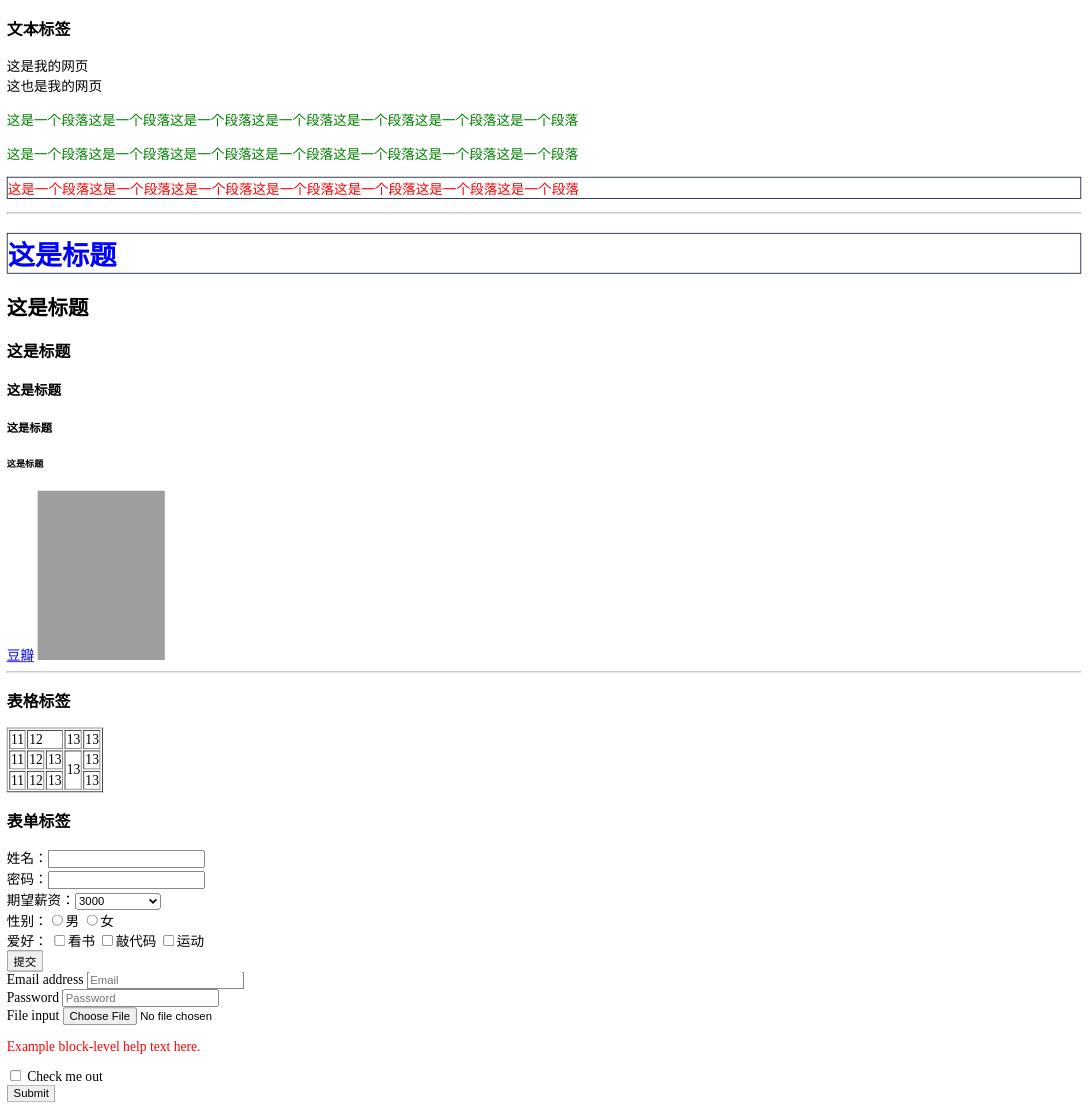
Repository: Jiege005/mytest-software-project
Page: mytest/WebContent/NewFile.html
An editor plug-in stored every save of this project. The page is shown before and after the next save, followed by the edit.
The browser window is 1280 px wide. The pictures show the whole page, at 85% of full size.
Pictures or frames that could not be fetched are drawn as grey boxes.

Above is the page before, as saved 2025-06-17 08:02:10.

### mytest/WebContent/NewFile.html
<!DOCTYPE html>
<html lang="en">
	<head>
		<meta charset="UTF-8">
		<title>我的网页</title>
	    <!-- 标签选择器 -->
		<style type="text/css">
			#p1{
				color: green;
			}
			p{
				color: red;
			}
			.c{
				color: blue;
				border: 1px solid #123;
			}
		</style>


		 <!-- 引入外部css文件 -->
		 <link rel="stylesheet" type="text/css" href="css/index.css">
	</head>
	<body>
		<!-- 文本标签 -->
		<h3>文本标签</h3>
		这是我的网页<br>这也是我的网页 <br>
		<p id="p1">这是一个段落这是一个段落这是一个段落这是一个段落这是一个段落这是一个段落这是一个段落</p>
		<p id="p1">这是一个段落这是一个段落这是一个段落这是一个段落这是一个段落这是一个段落这是一个段落</p>
		<p class="c" style="color: red;">这是一个段落这是一个段落这是一个段落这是一个段落这是一个段落这是一个段落这是一个段落</p>
		<hr>
		<h1 class="c">这是标题</h1>
		<h2>这是标题</h2>
		<h3>这是标题</h3>
		<h4>这是标题</h4>
		<h5>这是标题</h5>
		<h6>这是标题</h6>
		<a href="https://www.douban.com/" target="_blank">豆瓣</a>
		<a href="https://movie.douban.com/subject/36247731/?from=showing" target="_blank">
			<img alt="电影" title="驯龙高手" src="images/img1.png" width="150" height="200">
		</a>

		<hr>
		<h3>表格标签</h3>
		<table border="1">
			<tr>
				<td>11</td>
				<td colspan="2">12</td>
				<td>13</td>
				<td>13</td>
			</tr>
			<tr>
				<td>11</td>
				<td>12</td>
				<td>13</td>
				<td rowspan="2">13</td>
				<td>13</td>
			</tr>
			<tr>
				<td>11</td>
				<td>12</td>
				<td>13</td>
				<td>13</td>
			</tr>
		</table>



		<h3>表单标签</h3>
		<form action="other.html">
			姓名：<input type="text" name="name"><br>
			密码：<input type="password" name="password"><br>
			期望薪资：<select>
						<option>3000</option>
						<option>3000-6000</option>
						<option>6000-10000</option>
						<option>10000-20000</option>
						<option>越多越好</option>
			         </select><br>
                        性别：<input type="radio" name="sex" id="boy"><label for="boy">男</label>
                 <input type="radio" name="sex" id="girl"><label for="girl">女</label><br>
			爱好： <input type="checkbox" name="hobby">看书
			      <input type="checkbox" name="hobby">敲代码
			      <input type="checkbox" name="hobby">运动<br>
			<input type="submit" value="提交">
		</form>
		<form>
  <div class="form-group">
    <label for="exampleInputEmail1">Email address</label>
    <input type="email" class="form-control" id="exampleInputEmail1" placeholder="Email">
  </div>
  <div class="form-group">
    <label for="exampleInputPassword1">Password</label>
    <input type="password" class="form-control" id="exampleInputPassword1" placeholder="Password">
  </div>
  <div class="form-group">
    <label for="exampleInputFile">File input</label>
    <input type="file" id="exampleInputFile">
    <p class="help-block">Example block-level help text here.</p>
  </div>
  <div class="checkbox">
    <label>
      <input type="checkbox"> Check me out
    </label>
  </div>
  <button type="submit" class="btn btn-default">Submit</button>
</form>
	</body>
</html>

### mytest/WebContent/css/index.css
#p1{
	color: green;
}
p{
	color: red;
}
.c{
	color: blue;
}

After the next save:
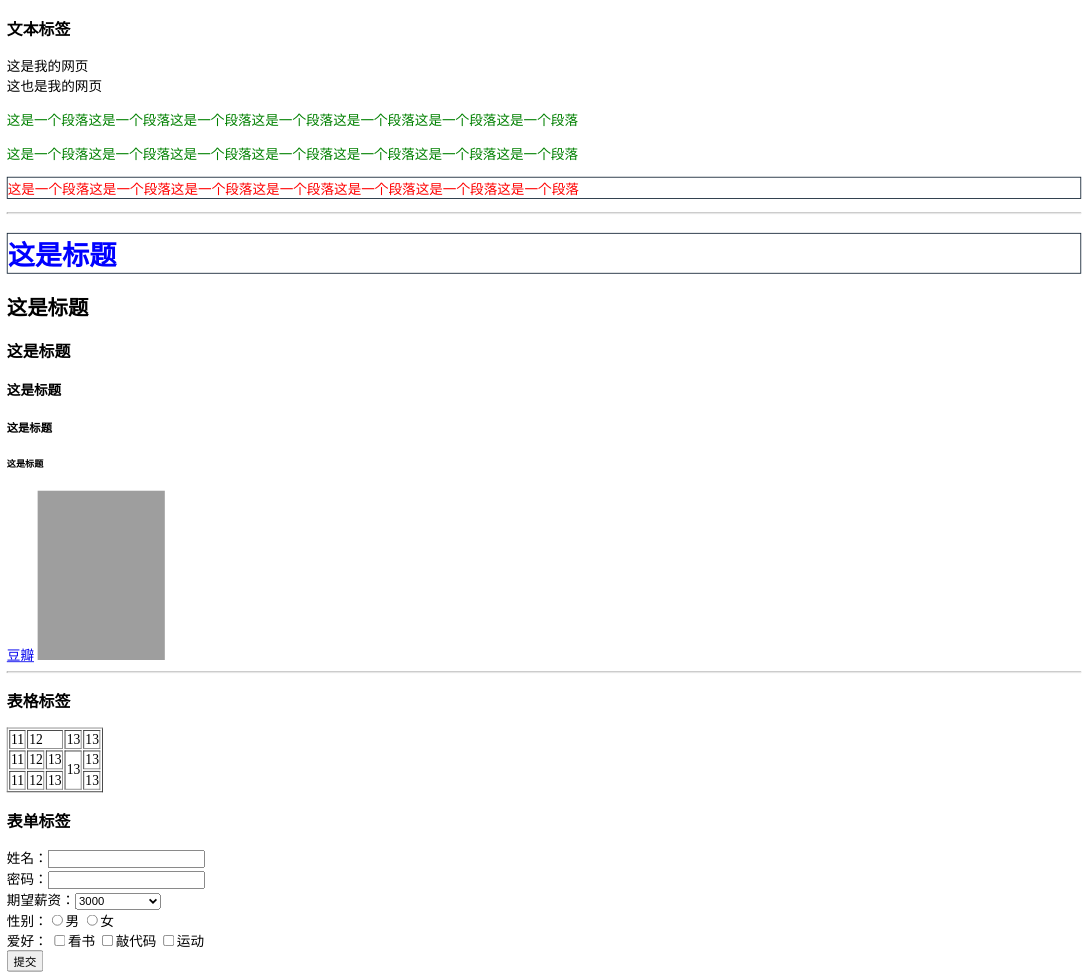
Saved 3 min 9 s later.
--- a/mytest/WebContent/NewFile.html
+++ b/mytest/WebContent/NewFile.html
@@ -1,5 +1,5 @@
 <!DOCTYPE html>
-<html lang="en">
+<html>
 	<head>
 		<meta charset="UTF-8">
 		<title>我的网页</title>
@@ -64,8 +64,6 @@
 			</tr>
 		</table>
 
-
-
 		<h3>表单标签</h3>
 		<form action="other.html">
 			姓名：<input type="text" name="name"><br>
@@ -84,26 +82,6 @@
 			      <input type="checkbox" name="hobby">运动<br>
 			<input type="submit" value="提交">
 		</form>
-		<form>
-  <div class="form-group">
-    <label for="exampleInputEmail1">Email address</label>
-    <input type="email" class="form-control" id="exampleInputEmail1" placeholder="Email">
-  </div>
-  <div class="form-group">
-    <label for="exampleInputPassword1">Password</label>
-    <input type="password" class="form-control" id="exampleInputPassword1" placeholder="Password">
-  </div>
-  <div class="form-group">
-    <label for="exampleInputFile">File input</label>
-    <input type="file" id="exampleInputFile">
-    <p class="help-block">Example block-level help text here.</p>
-  </div>
-  <div class="checkbox">
-    <label>
-      <input type="checkbox"> Check me out
-    </label>
-  </div>
-  <button type="submit" class="btn btn-default">Submit</button>
-</form>
+
 	</body>
 </html>
